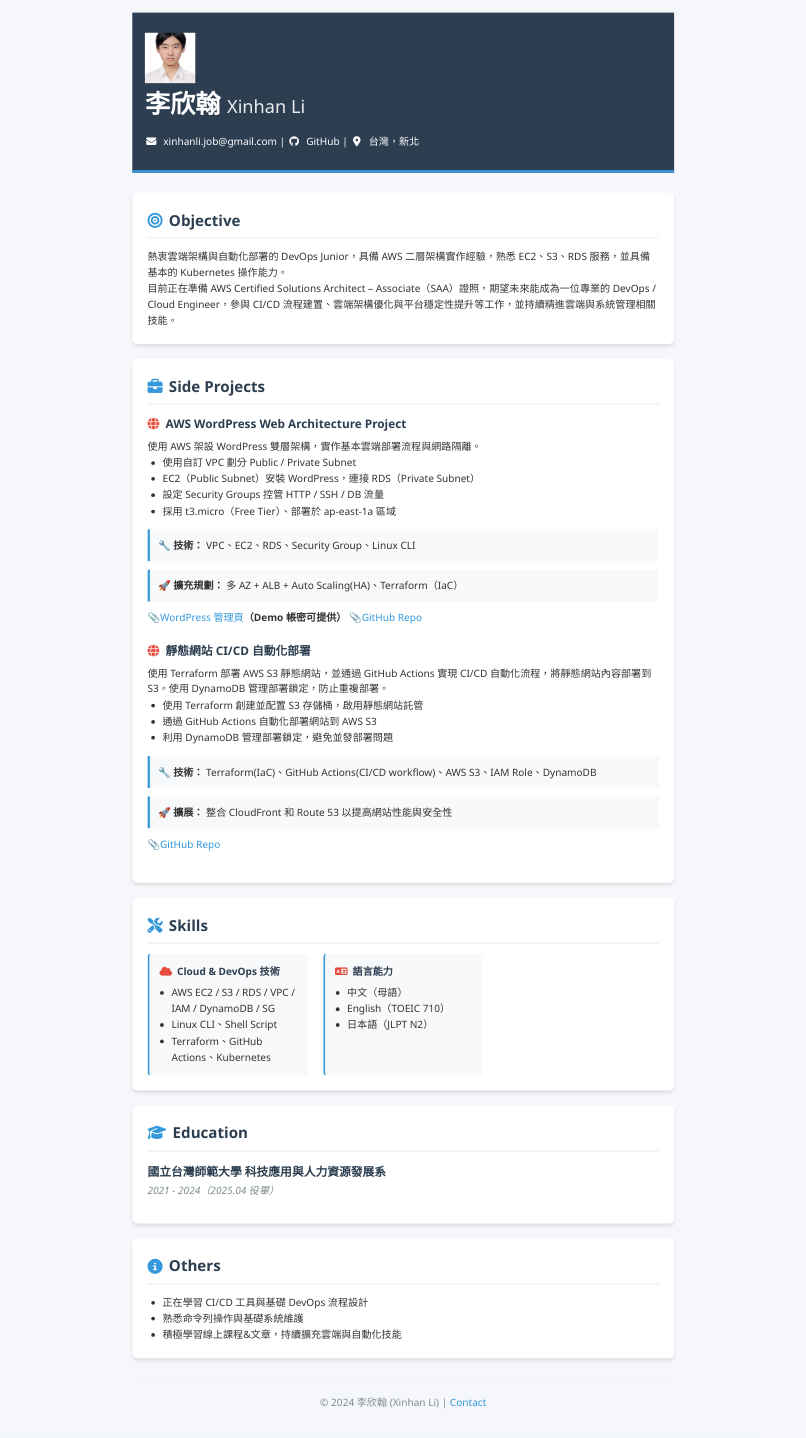
Repository: Graylee0128/aws-tf-ga-personal-website
Page: index.html
These files come from the project's save history. The page is drawn as it stood at one moment and after the next save; the edit follows.
The browser window is 1280 px wide. The pictures show the whole page, at 63% of full size.

Above is the page before, as saved 2025-04-24 17:27:27.

After the next save:
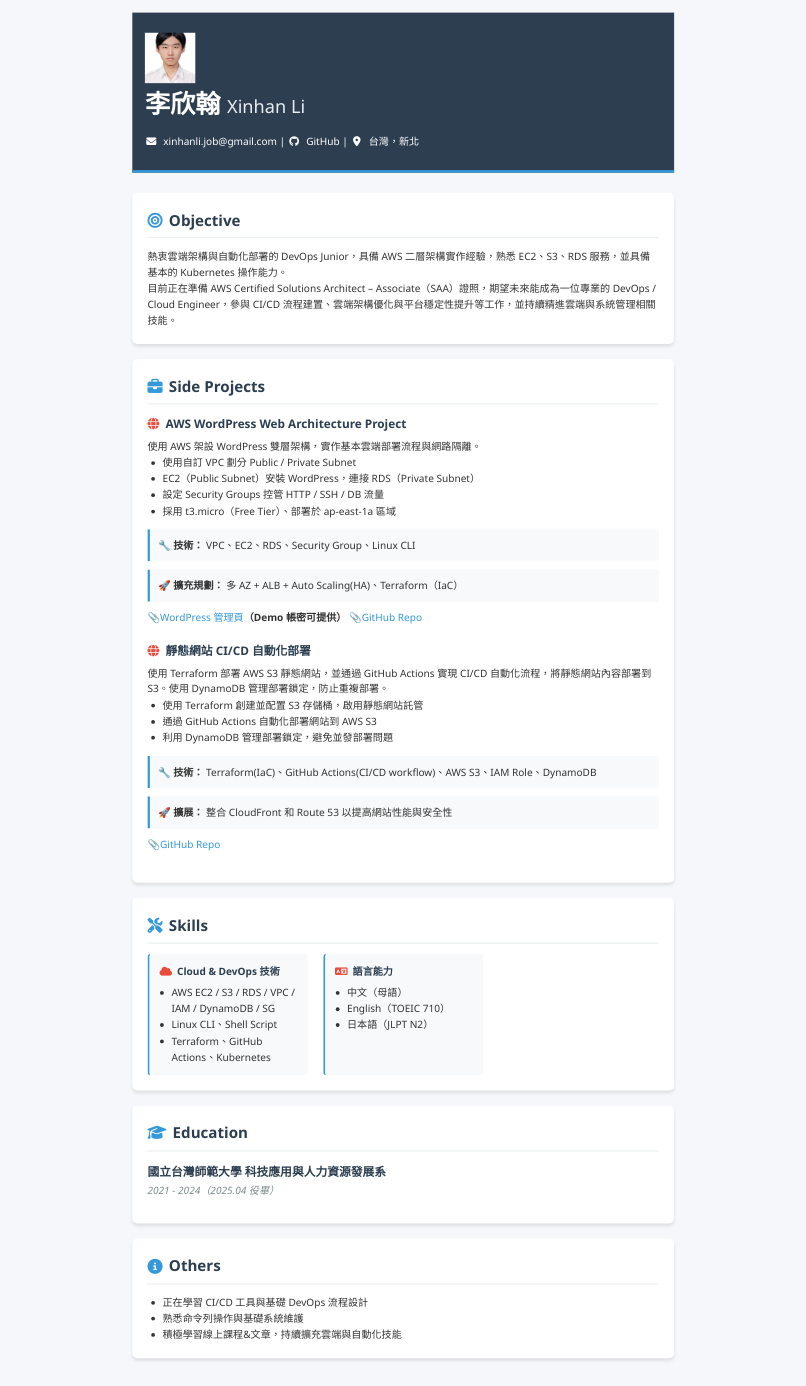
Saved 42 s later.
--- a/index.html
+++ b/index.html
@@ -113,10 +113,6 @@
                 </ul>
             </section>
         </main>
-
-        <footer>
-            <p>© 2024 李欣翰 (Xinhan Li) | <a href="mailto:xinhanli.job@gmail.com">Contact</a></p>
-        </footer>
     </div>
 </body>
 </html>
